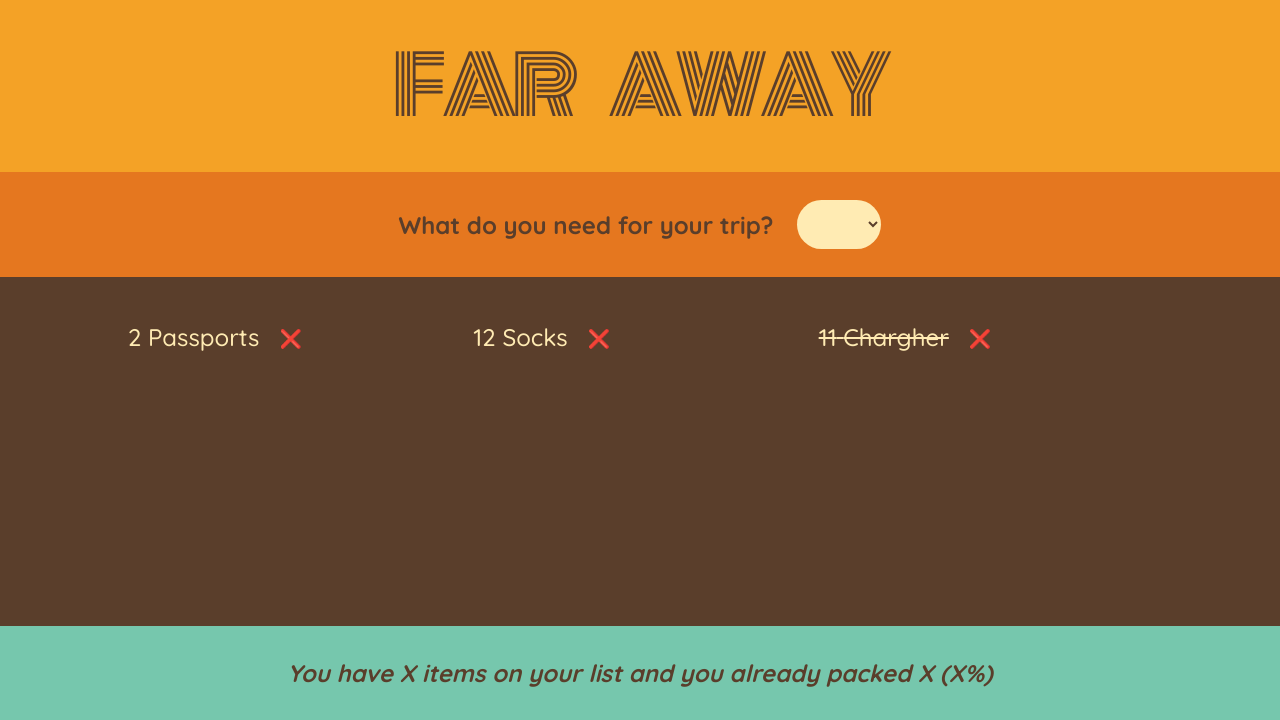
Repository: pmcalmeida/travel-list
Page: /
The author's editor kept a copy of each file at every save. The page is drawn from the files as they stood at one save, then again after the next save.
The browser window is 1280 px wide. The pictures show the whole page.
The project was rebuilt for these pictures with package versions that can differ from the ones it lists, and the page was loaded fresh each time.

Above is the page before, as saved 2024-05-01 10:46:02.

### src/App.js
import './index.css';

const initialItems = [
  { id: 1, description: "Passports", quantity: 2, packed: false },
  { id: 2, description: "Socks", quantity: 12, packed: false },
  { id: 3, description: "Chargher", quantity: 11, packed: true },
];

function Logo() {
  return <h1>Far Away</h1>
}

function Form() {
  return (
    <form className="add-form">
      <h3>What do you need for your trip?</h3>
      <select>
        <option value={1}></option>
      </select>
    </form>
  )
}

function Item({ item: { description, quantity, packed } }) {
  return <li>
    <span style={packed ? { textDecoration: "line-through"} : {}}>{quantity} {description}</span>
    <button>❌</button>
  </li>
}

function PackagingList() {
  return <div className="list">
    <ul>{
      initialItems.map(item => <Item item={item}/>)
    }</ul>
  </div>
}

function Stats() {
  return (
    <footer className="stats">
      <em>
        You have X items on your list and you already packed X (X%)
      </em>
    </footer>
  )
}

function App() {
  return (
    <div className="app">
      <Logo />
      <Form />
      <PackagingList />
      <Stats />
    </div>
  );
}

export default App;

Loaded but not shown: public/index.html (common file); src/index.js (common file); src/index.css (common file)

After the next save:
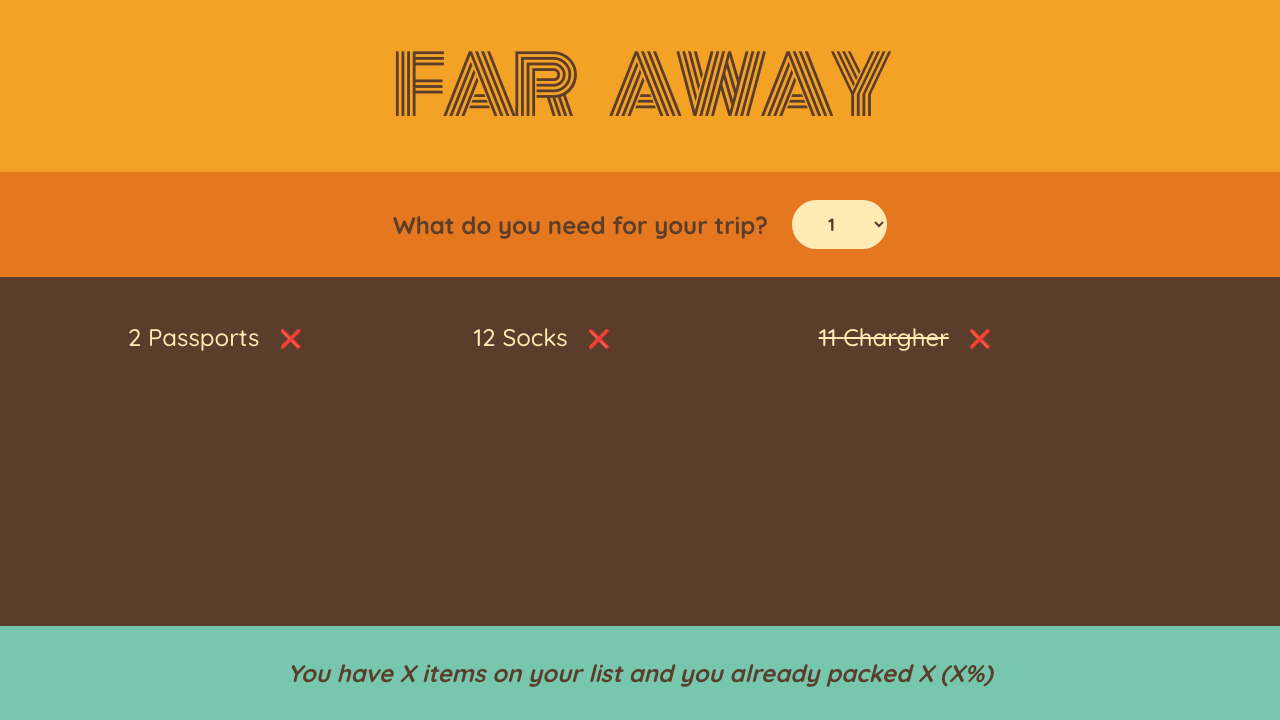
Saved 51 s later.
--- a/src/App.js
+++ b/src/App.js
@@ -15,7 +15,9 @@
     <form className="add-form">
       <h3>What do you need for your trip?</h3>
       <select>
-        <option value={1}></option>
+        <option value={1}>1</option>
+        <option value={2}>2</option>
+        <option value={3}>3</option>
       </select>
     </form>
   )
